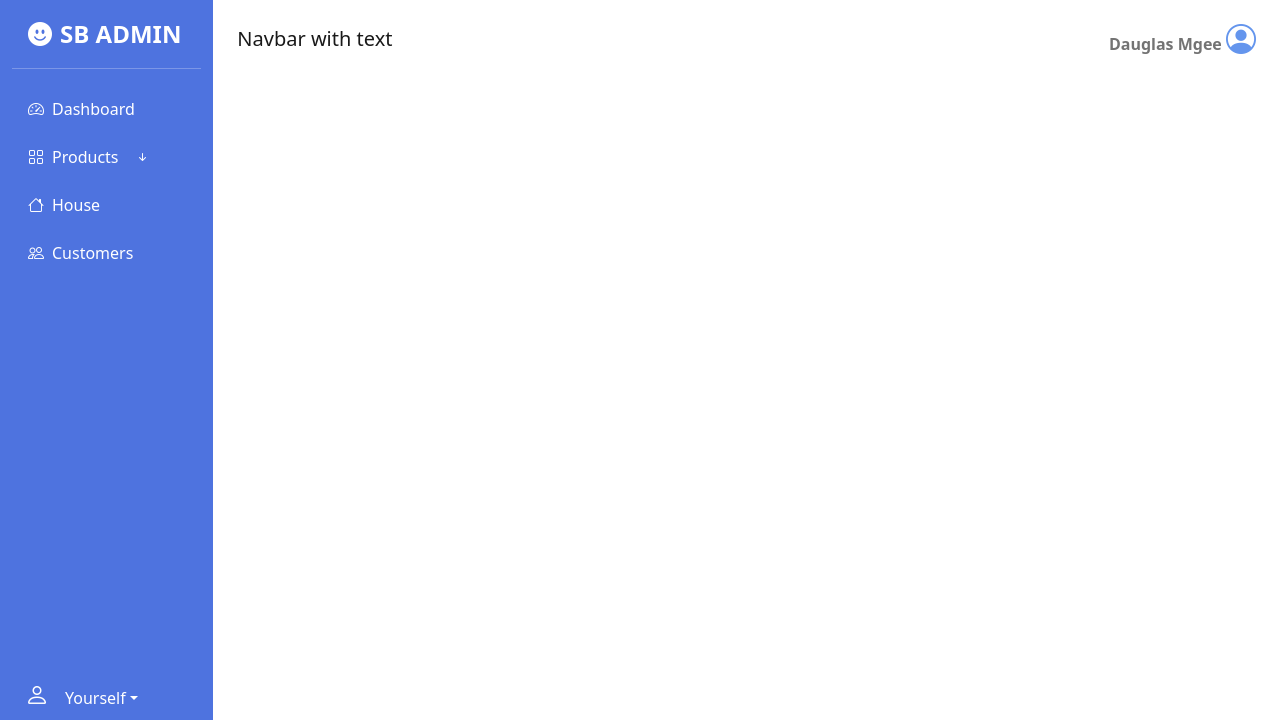
Repository: iqbalaamir/dashboard
Page: /
These files come from the project's save history. The page is drawn as it stood at one moment and after the next save; the edit follows.
The browser window is 1280 px wide. The pictures show the whole page.
The project was rebuilt for these pictures with package versions that can differ from the ones it lists, and the page was loaded fresh each time. Also part of the build but not shown: src/App.css.

Above is the page before, as saved 2023-04-24 18:01:23.

After the next save:
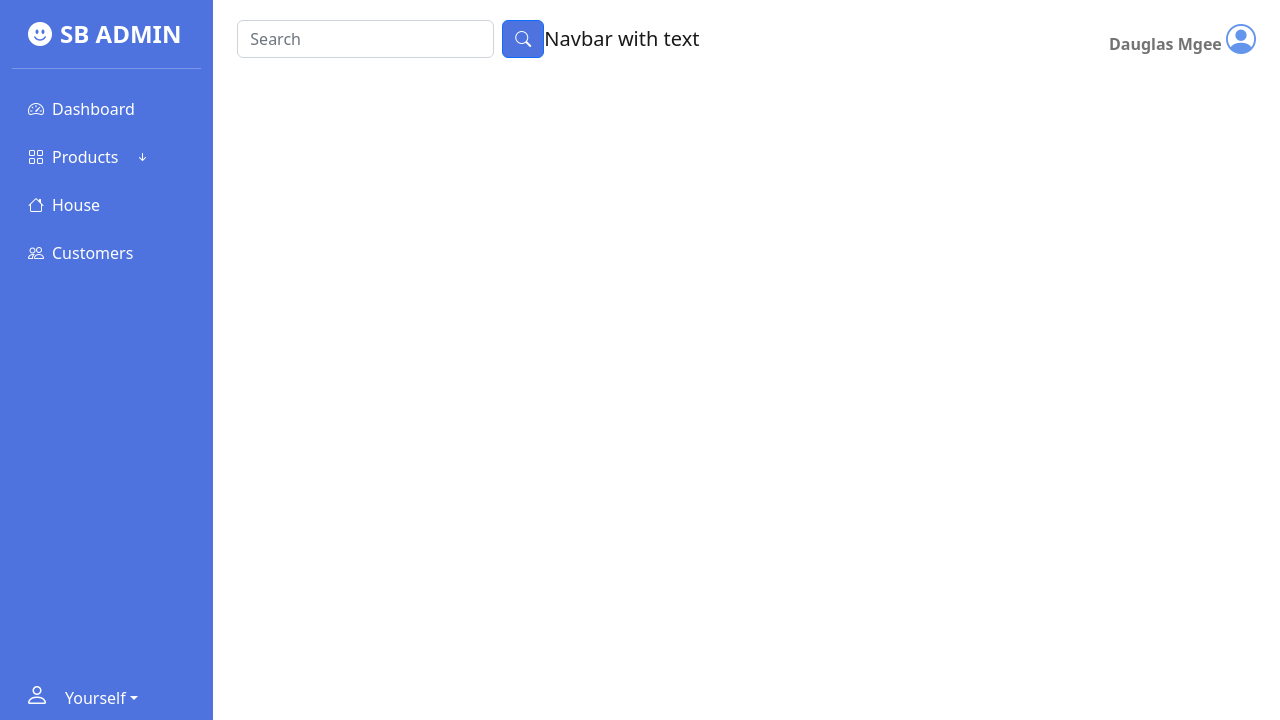
Saved 35 s later.
--- a/src/components/NavbarComponent.js
+++ b/src/components/NavbarComponent.js
@@ -45,6 +45,15 @@ function NavbarComponent() {
             </Nav.Link>
           </Nav>
         </Navbar.Collapse> */}
+          <Form className="d-flex">
+            <Form.Control
+              type="search"
+              placeholder="Search"
+              className="me-2"
+              aria-label="Search"
+            />
+            <Button style={{backgroundColor:"#4e73df"}}> <i class="bi bi-search"></i></Button>
+          </Form>
          <Navbar.Brand href="#home">Navbar with text</Navbar.Brand>
         <Navbar.Toggle />
         <Navbar.Collapse className="justify-content-end">
